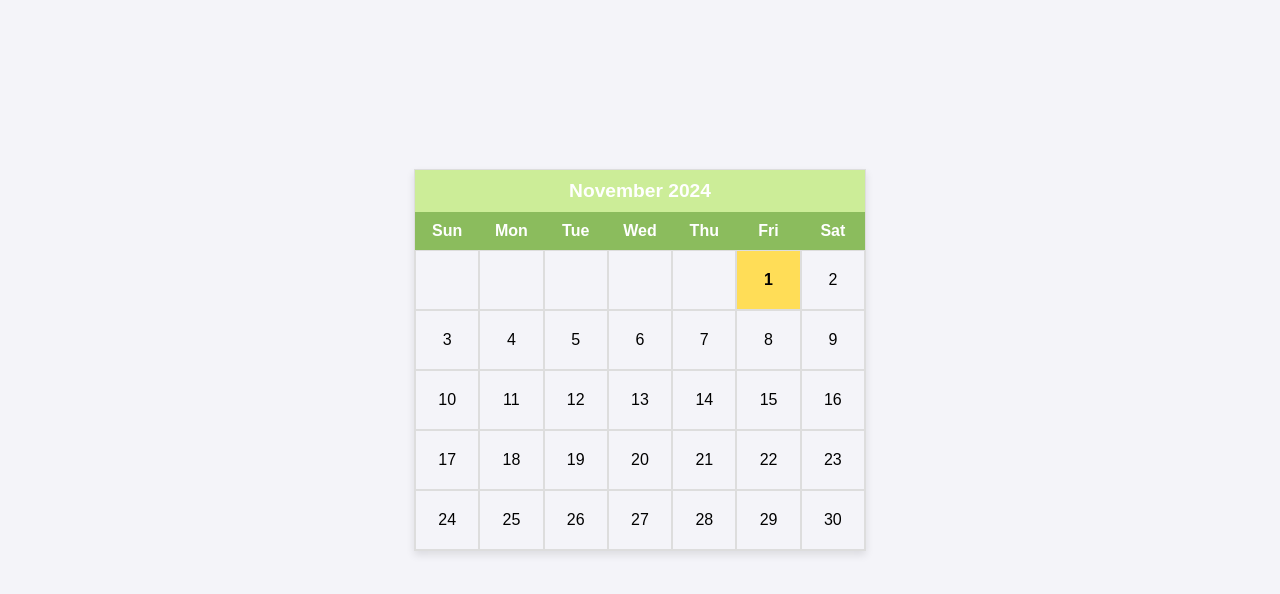
Repository: carrascokarencb37-afk/Nuura
Page: html/calendario.html
The author's editor kept a copy of each file at every save. The page is drawn from the files as they stood at one save, then again after the next save.
The browser window is 1280 px wide. The pictures show the whole page.

Above is the page before, as saved 2026-05-28 23:24:32.

### html/calendario.html
<!DOCTYPE html>
<html lang="en">
<head>
    <meta charset="UTF-8">
    <meta name="viewport" content="width=device-width, initial-scale=1.0">
    <title>Simple HTML Calendar - November 2024</title>
    <link rel="stylesheet" href="../css/cale.css">
</head>
<body>
    <!-- Calendar Container -->
    <div class="calendar">
        <!-- Month and Year Header -->
        <div class="calendar-header">November 2024</div>

        <!-- Days of the Week -->
        <div class="calendar-days">
            <div>Sun</div>
            <div>Mon</div>
            <div>Tue</div>
            <div>Wed</div>
            <div>Thu</div>
            <div>Fri</div>
            <div>Sat</div>
        </div>

        <!-- Calendar Dates -->
        <div class="calendar-dates">
            <!-- Blank spaces for days before the month starts on Friday -->
            <div></div> <div></div> <div></div> <div></div> <div></div> <div class="today">1</div> <div>2</div> <div>3</div> <div>4</div> <div>5</div> <div>6</div> <div>7</div> <div>8</div> <div>9</div> <div>10</div> <div>11</div> <div>12</div> <div>13</div> <div>14</div> <div>15</div> <div>16</div> <div>17</div> <div>18</div> <div>19</div><div>20</div> <div>21</div> <div>22</div> <div>23</div> <div>24</div> <div>25</div> <div>26</div><div>27</div> <div>28</div> <div>29</div> <div>30</div>
</body>
</html>

### css/cale.css

        /* Basic page styling */
        body {
            font-family: Arial, sans-serif;
            display: flex;
            justify-content: center;
            align-items: center;
            min-height: 100vh;
            background-color: #f4f4f9;
            margin: 0;
        }

        /* Calendar container */
        .calendar {
            width: 450px;
            border: 1px solid #ddd;
            box-shadow: 0 4px 8px rgba(0, 0, 0, 0.1);
        }

        /* Calendar header styling */
        .calendar-header {
            text-align: center;
            background-color: #cbee93f1;
            color: white;
            padding: 10px;
            font-size: 1.2em;
            font-weight: bold;
        }

        /* Days of the week styling */
        .calendar-days {
            display: grid;
            grid-template-columns: repeat(7, 1fr);
            background-color: #8bbc5d;
            color: white;
        }

        .calendar-days div {
            padding: 10px;
            text-align: center;
            font-weight: bold;
        }

        /* Date cells styling */
        .calendar-dates {
            display: grid;
            grid-template-columns: repeat(7, 1fr);
        }

        .calendar-dates div {
            padding: 20px;
            text-align: center;
            border: 1px solid #ddd;
        }

        /* Highlight today */
        .today {
            background-color: #ffdd57;
            font-weight: bold;
        }

After the next save:
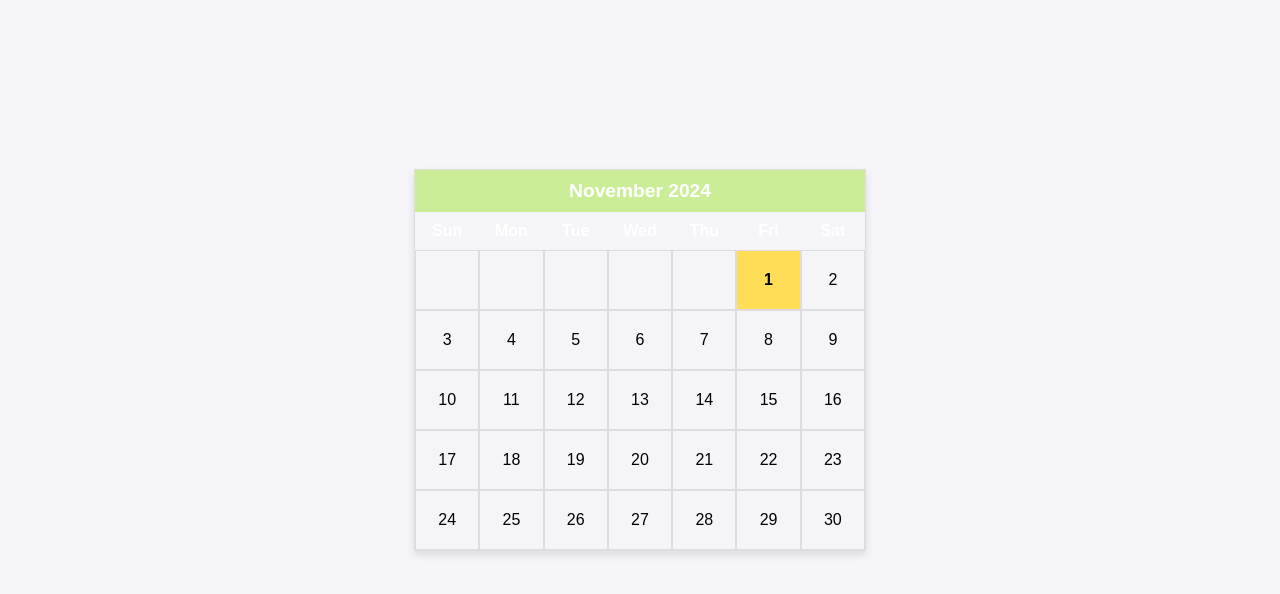
Saved 14 s later.
--- a/css/cale.css
+++ b/css/cale.css
@@ -31,7 +31,8 @@
         .calendar-days {
             display: grid;
             grid-template-columns: repeat(7, 1fr);
-            background-color: #8bbc5d;
+            background-color: #8bbc5d,  #cbee93f1;
+            color: white;;
             color: white;
         }
 
